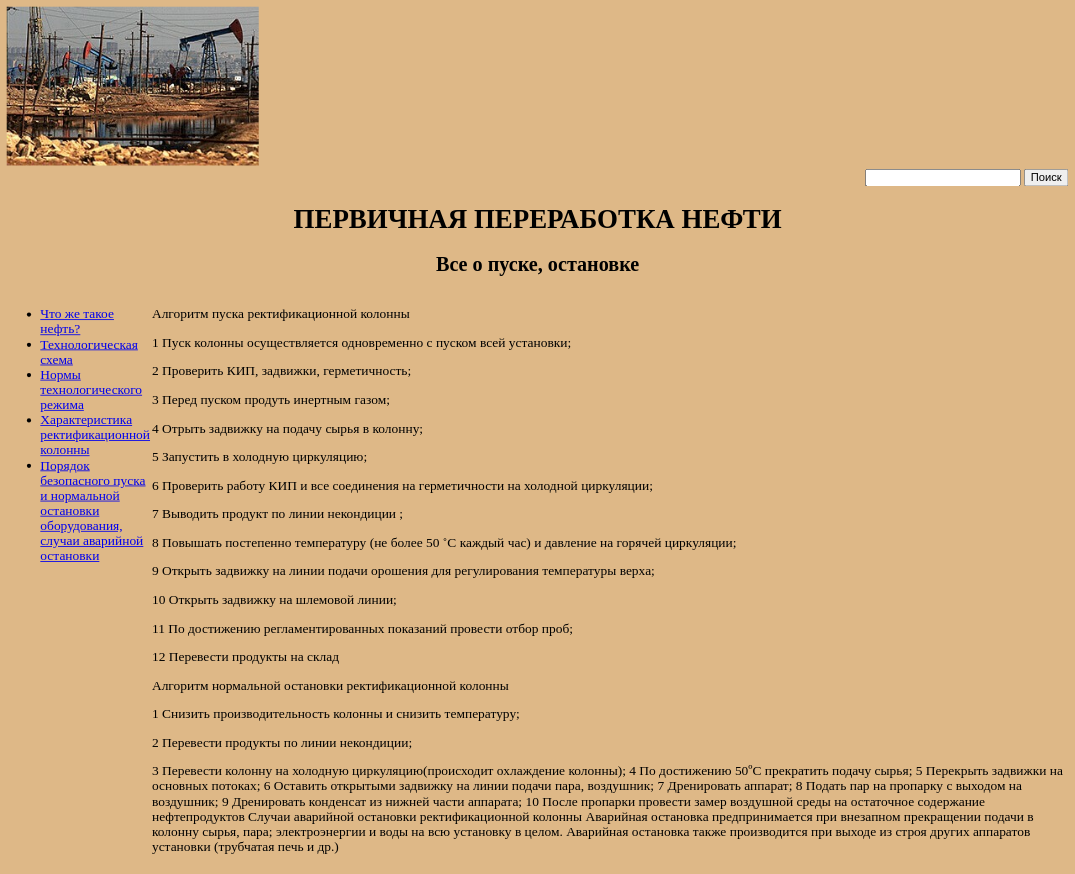
Repository: NastyaSeleznev/NastyaSeleznev.githab.io
Page: week1/por.html
The author's editor kept a record of every edit. The page is drawn from the files as they stood at one moment, then again after the next edit.
The browser window is 1280 px wide. The pictures show the whole page, at 84% of full size.

Above is the page before.

### week1/por.html
<!doctype html>
	<html>
		<head>
			<meta charset="utf-8">
			<link href="style.css" rel="stylesheet">
		<title>Порядок безопасного пуска и нормальной остановки оборудования, случаи аварийной остановки</title>
		</head>
		<body>
			<header>
		<img src="dobycha-nefti.jpg">
		<form action="https://www.google.com/search" method="get" align="right">
  <input type="Искать здесь..." name="search">
  <input type="submit" value="Поиск">
</form>
		<h1 align="center">ПЕРВИЧНАЯ ПЕРЕРАБОТКА НЕФТИ</h1>
			</header>
				<h2 align="center">Все о пуске, остановке</h2>
				<div id="flex"
			<nav>
					<ul>
	<li><a href="nevti.html">Что же такое нефть?</a></li>
	<li><a href="sxem.html">Технологическая схема</a></li>
	<li><a href="norm.html">Нормы технологического режима</a></li>
	<li><a href="harakter.html">Характеристика ректификационной колонны</a></li>
	<li><a href="por.html">Порядок безопасного пуска и нормальной остановки оборудования, случаи аварийной остановки</a></li>
	</ul>
	</nav>
				<main>
			<p> Алгоритм пуска ректификационной колонны
<p>1	Пуск колонны осуществляется одновременно с пуском всей установки;
<p>2	Проверить КИП, задвижки, герметичность;
<p>3	Перед пуском продуть инертным газом;
<p>4	Отрыть задвижку на подачу сырья в колонну;
<p>5	Запустить в холодную циркуляцию;
<p>6	Проверить работу КИП и все соединения на герметичности на холодной
циркуляции;
<p>7	Выводить продукт по линии некондиции ;
<p>8	Повышать постепенно температуру (не более 50 ˚С каждый час) и давление на горячей циркуляции;
<p>9	Открыть задвижку на линии подачи орошения для регулирования температуры верха;
<p>10	 Открыть задвижку на шлемовой линии;
<p>11	 По достижению регламентированных показаний провести отбор проб;
<p>12	 Перевести продукты на склад</p>
Алгоритм нормальной остановки ректификационной колонны
<p>1	Снизить производительность колонны и снизить температуру;
<p>2	Перевести продукты по линии некондиции;
<p>3	Перевести колонну на холодную циркуляцию(происходит охлаждение
колонны);
4	По достижению 50ºС прекратить подачу сырья;
5	Перекрыть задвижки на основных потоках;
6	Оставить открытыми задвижку на линии подачи пара, воздушник;
7	Дренировать аппарат;
8	Подать пар на пропарку с выходом на воздушник;
9	 Дренировать конденсат из нижней части аппарата;
10	 После пропарки провести замер воздушной среды на остаточное
содержание нефтепродуктов
 Случаи аварийной остановки ректификационной колонны
 Аварийная остановка предпринимается при внезапном прекращении подачи  в колонну сырья, пара; электроэнергии и воды на всю установку в целом. Аварийная остановка также производится при выходе из строя других аппаратов установки (трубчатая печь и др.)



			</main>
			</div>
		</body>
	</html>
	<main>

### week1/style.css
body {
  background-color: #DEB887;
}
#flex {
  display: flex;
  flex-direction: row;
  justify-content: flex-start;
}

nav {
     background-color: #DA70D6;
}

After the next edit:
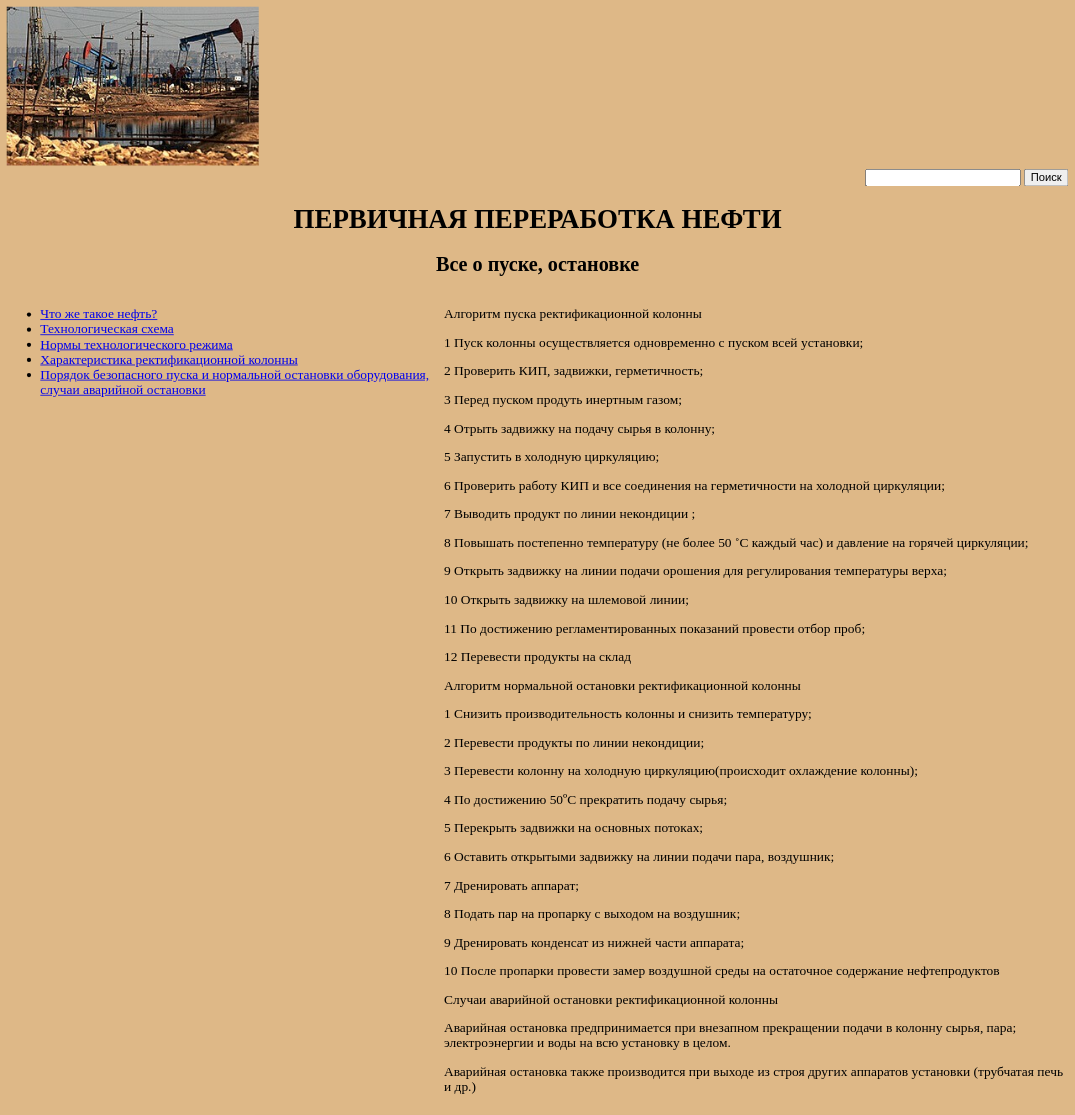
The edit:
--- a/week1/por.html
+++ b/week1/por.html
@@ -45,16 +45,17 @@
 <p>2	Перевести продукты по линии некондиции;
 <p>3	Перевести колонну на холодную циркуляцию(происходит охлаждение
 колонны);
-4	По достижению 50ºС прекратить подачу сырья;
-5	Перекрыть задвижки на основных потоках;
-6	Оставить открытыми задвижку на линии подачи пара, воздушник;
-7	Дренировать аппарат;
-8	Подать пар на пропарку с выходом на воздушник;
-9	 Дренировать конденсат из нижней части аппарата;
-10	 После пропарки провести замер воздушной среды на остаточное
-содержание нефтепродуктов
- Случаи аварийной остановки ректификационной колонны
- Аварийная остановка предпринимается при внезапном прекращении подачи  в колонну сырья, пара; электроэнергии и воды на всю установку в целом. Аварийная остановка также производится при выходе из строя других аппаратов установки (трубчатая печь и др.)
+<p>4	По достижению 50ºС прекратить подачу сырья;
+<p>5	Перекрыть задвижки на основных потоках;
+<p>6	Оставить открытыми задвижку на линии подачи пара, воздушник;
+<p>7	Дренировать аппарат;
+<p>8	Подать пар на пропарку с выходом на воздушник;
+<p>9	 Дренировать конденсат из нижней части аппарата;
+<p>10	 После пропарки провести замер воздушной среды на остаточное
+содержание нефтепродуктов</p>
+<p> Случаи аварийной остановки ректификационной колонны
+ <p>Аварийная остановка предпринимается при внезапном прекращении подачи  в колонну сырья, пара; электроэнергии и воды на всю установку в целом.
+ <p>Аварийная остановка также производится при выходе из строя других аппаратов установки (трубчатая печь и др.)</p>
 
 
 
